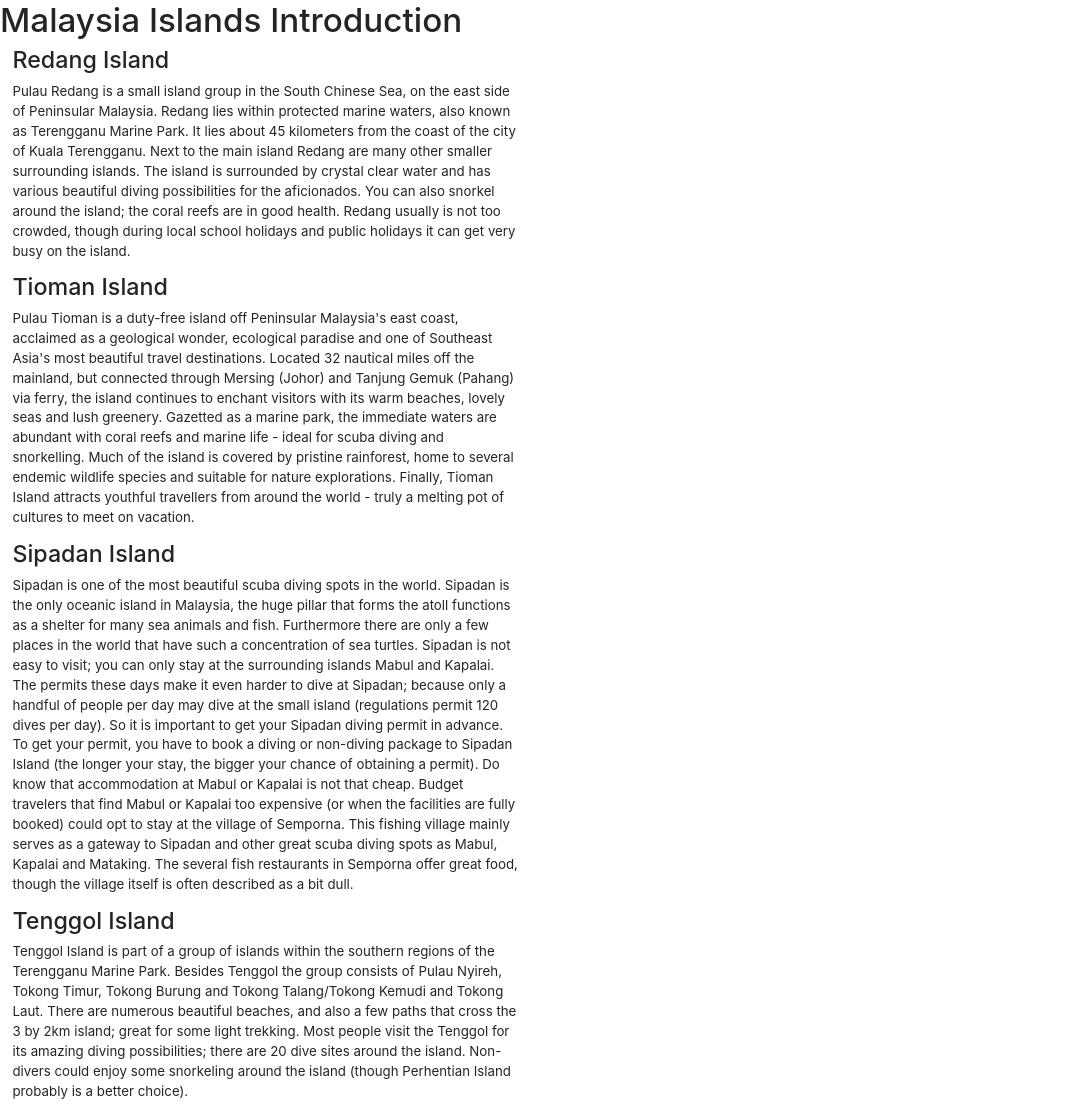
Repository: Code-Institute-Submissions/cathyann-diving.github.io
Page: islandsintro.html
The author's editor kept a record of every edit. The page is drawn from the files as they stood at one moment, then again after the next edit.
The browser window is 1280 px wide. The page is 1295 px wide, so the pictures cover 1295 px, including what lies to the right of the window. The pictures show the whole page, at 83% of full size.

Above is the page before.

### islandsintro.html
<!DOCTYPE html>
<html lang="en">
<head>
    <meta charset="UTF-8">
    <meta name="viewport" content="width=device-width, initial-scale=1.0">
    <meta http-equiv="X-UA-Compatible" content="ie=edge">
    <link rel="stylesheet" href="https://stackpath.bootstrapcdn.com/bootstrap/4.3.1/css/bootstrap.min.css" type="text/css">
    <link rel="stylesheet" href="https://stackpath.bootstrapcdn.com/font-awesome/4.7.0/css/font-awesome.min.css" type="text/css">
    <link rel="stylesheet" href="https://cdnjs.cloudflare.com/ajax/libs/hover.css/2.3.1/css/hover-min.css" type="text/css">
    <link rel="stylesheet" href="assets/css/style.css" type="text/css">
    <title>Diving</title>
</head>
<body>
    <h1>Malaysia Islands Introduction</h1>
    <div class="row">
        <div class="container">
        <div class="col col-12 col-sm-6 col-lg-6">
            <h3>Redang Island</h3>
            <p>
                Pulau Redang is a small island group in the South Chinese Sea, on the east side of Peninsular Malaysia. Redang lies within protected marine waters, also known as Terengganu Marine Park. It lies about 45 kilometers from the coast of the city of Kuala Terengganu. Next to the main island Redang are many other smaller surrounding islands. The island is surrounded by crystal clear water and has various beautiful diving possibilities for the aficionados. You can also snorkel around the island; the coral reefs are in good health. Redang usually is not too crowded, though during local school holidays and public holidays it can get very busy on the island.
            </p>
            </div>
            </div>
            <div class="container">
            <div class="col col-12 col-sm-6 col-lg-6">
            <h3>Tioman Island</h3>
            <p>
                Pulau Tioman is a duty-free island off Peninsular Malaysia's east coast, acclaimed as a geological wonder, ecological paradise and one of Southeast Asia's most beautiful travel destinations. Located 32 nautical miles off the mainland, but connected through Mersing (Johor) and Tanjung Gemuk (Pahang) via ferry, the island continues to enchant visitors with its warm beaches, lovely seas and lush greenery.
Gazetted as a marine park, the immediate waters are abundant with coral reefs and marine life - ideal for scuba diving and snorkelling. Much of the island is covered by pristine rainforest, home to several endemic wildlife species and suitable for nature explorations. Finally, Tioman Island attracts youthful travellers from around the world - truly a melting pot of cultures to meet on vacation.
            </p>
            </div>
            </div>
            <div class="container">
            <div class="col col-12 col-sm-6 col-lg-6">
            <h3>Sipadan Island</h3>
            <p>
                Sipadan is one of the most beautiful scuba diving spots in the world. Sipadan is the only oceanic island in Malaysia, the huge pillar that forms the atoll functions as a shelter for many sea animals and fish. Furthermore there are only a few places in the world that have such a concentration of sea turtles. Sipadan is not easy to visit; you can only stay at the surrounding islands Mabul and Kapalai. The permits these days make it even harder to dive at Sipadan; because only a handful of people per day may dive at the small island (regulations permit 120 dives per day). So it is important to get your Sipadan diving permit in advance. To get your permit, you have to book a diving or non-diving package to Sipadan Island (the longer your stay, the bigger your chance of obtaining a permit). Do know that accommodation at Mabul or Kapalai is not that cheap. Budget travelers that find Mabul or Kapalai too expensive (or when the facilities are fully booked) could opt to stay at the village of Semporna. This fishing village mainly serves as a gateway to Sipadan and other great scuba diving spots as Mabul, Kapalai and Mataking. The several fish restaurants in Semporna offer great food, though the village itself is often described as a bit dull.
            </p>
            </div>
            </div>
            <div class="container">
            <div class="col col-12 col-sm-6 col-lg-6">
            <h3>Tenggol Island</h3>
            <p>
                Tenggol Island is part of a group of islands within the southern regions of the Terengganu Marine Park. Besides Tenggol the group consists of Pulau Nyireh, Tokong Timur, Tokong Burung and Tokong Talang/Tokong Kemudi and Tokong Laut. There are numerous beautiful beaches, and also a few paths that cross the 3 by 2km island; great for some light trekking. Most people visit the Tenggol for its amazing diving possibilities; there are 20 dive sites around the island. Non-divers could enjoy some snorkeling around the island (though Perhentian Island probably is a better choice).
            </p>
        </div>
        </div>
    </div>

</body>
</html>

### assets/css/style.css
@import url('https://fonts.googleapis.com/css?family=Roboto:100,200,300,400,500,600,700|Exo:100,200,300,400,500,600,700');

/*--------------------------------------------bg image */

.bg-landing {
    position: fixed;
    background-image: url("../images/jellyfish.jpg");
    display: inline-block;
    background-position: center;
    background-repeat: no-repeat;
    background-size: cover;
    height: 100%;
    width: 100%;
    transition: all .5s ease-in-out;
    -moz-transition: all .5s ease-in-out;
    -webkit-transition: all .5s ease-in-out;
}

.bg-home {
    position: fixed;
    background-image: url("../images/diver.jpg");
    display: inline-block;
    background-position: center;
    background-repeat: no-repeat;
    background-size: cover;
    height: 100%;
    width: 100%;
    transition: all .5s ease-in-out;
    -moz-transition: all .5s ease-in-out;
    -webkit-transition: all .5s ease-in-out;
}

.bg-islands {
    position: fixed;
    background-image: url("../images/beach.jpg");
    display: inline-block;
    background-position: center;
    background-repeat: no-repeat;
    background-size: cover;
    height: 100%;
    width: 100%;
    transition: all .5s ease-in-out;
    -moz-transition: all .5s ease-in-out;
    -webkit-transition: all .5s ease-in-out;
}

.bg-services {
    position: fixed;
    background-image: url("../images/nemo.jpg");
    display: inline-block;
    background-position: center;
    background-repeat: no-repeat;
    background-size: cover;
    height: 100%;
    width: 100%;
    transition: all .5s ease-in-out;
    -moz-transition: all .5s ease-in-out;
    -webkit-transition: all .5s ease-in-out;
}

/*--------------------------------------------btn */

.btn {
    position: absolute;
    top: 50%;
    left: 50%;
    transform: translate(-50%, -50%);
    -ms-transform: translate(-50%, -50%);
    background-color: #6495ed;
    color: #00008B;
    font-size: 16px;
    font-family: "Roboto", sans-serif;
    font-weight: 400;
    padding: 10px 30px;
    border: none;
    border-radius: 5px;
    text-align: center;
}

.btn span {
    display: inline-block;
    position: relative;
    transition: 0.5s;
}

.btn span:after {
    content: '\00bb';
    position: absolute;
    opacity: 0;
    top: 0;
    right: -20px;
    transition: 0.5s;
}

.btn:hover span {
    padding-right: 25px;
}

.btn:hover span:after {
    opacity: 1;
    right: 0;
}

.button {
    margin-top: 5px;
    margin-bottom: 10px;
    color: #008B8B;
    background-color: #00008B;
    padding: 5px 10px;
    border: none;
    font-family: "EXO", sans-serif;
}

.button a {
    text-decoration: none;
}

/*--------------------------------------------navbar */

.navbar {
    background-color: #4682B4;
    top: 0;
    width: 100%;
    padding: 0px;
}

.navbar a {
    display: block;
    color: #fff;
    text-align: center;
    padding: 10px 18px;
    text-decoration: none;
    font-size: 12px;
}

#nav li {
    font-size: 12px;
    padding: 0;
}

#nav {
    margin: 0;
}

.menuitem span {
    display: block;
    width: 100%;
    padding-top: 5px;
    text-align: center;
    text-transform: uppercase;
    font-family: "Roboto", sans-serif;
    font-size: 12px;
    font-weight: 300;
    letter-spacing: 2px;
}

.list-inline-item:not(:last-child) {
    margin: 0;
}

.menucontainer {
    font-size: 0;
}

/*--------------------------------------------Hover.css*/

.hvr-sweep-to-bottom:before {
    background: #008B8B;
    height: 100%;
    color: black;
}


/*--------------------------------------------Content */

.container {
    position: relative;
    max-width: 100%;
    margin: auto;
    height: 50%;
}

.container img {
    vertical-align: middle;
}

.container .content {
    position: absolute;
    background: rgb(0, 0, 0, 0.5);
    color: #f1f1f1;
    font-family: "EXO", sans-serif;
    font-size: 12px;
    font-weight: 300;
    padding: 30px;
}

.containers {
    position: relative;
    margin: auto;
    max-width: 80%;
}

.containers .contents {
    background: rgb(0, 0, 0, 0.5);
    color: #f1f1f1;
    font-family: "EXO", sans-serif;
    font-size: 12px;
    font-weight: 300;
    padding: 20px;
    text-align: justify;
}


/*--------------------------------------------Contact Form */

.contact-heading {
    font-family: "Exo", sans-serif;
    font-weight: 300;
    margin-top: 25px;
    margin-bottom: 20px;
}

.center-form {
    padding: 10px;
    margin: 0 auto;
    max-width: 70%;
}

button[type="submit"] {
    margin-top: 30px;
    margin-bottom: 20px;
    color: #fafafa;
    background-color: #4682B4;
}

.form-control {
    border: 1px solid black;
    font-family: inherit;
}

After the next edit:
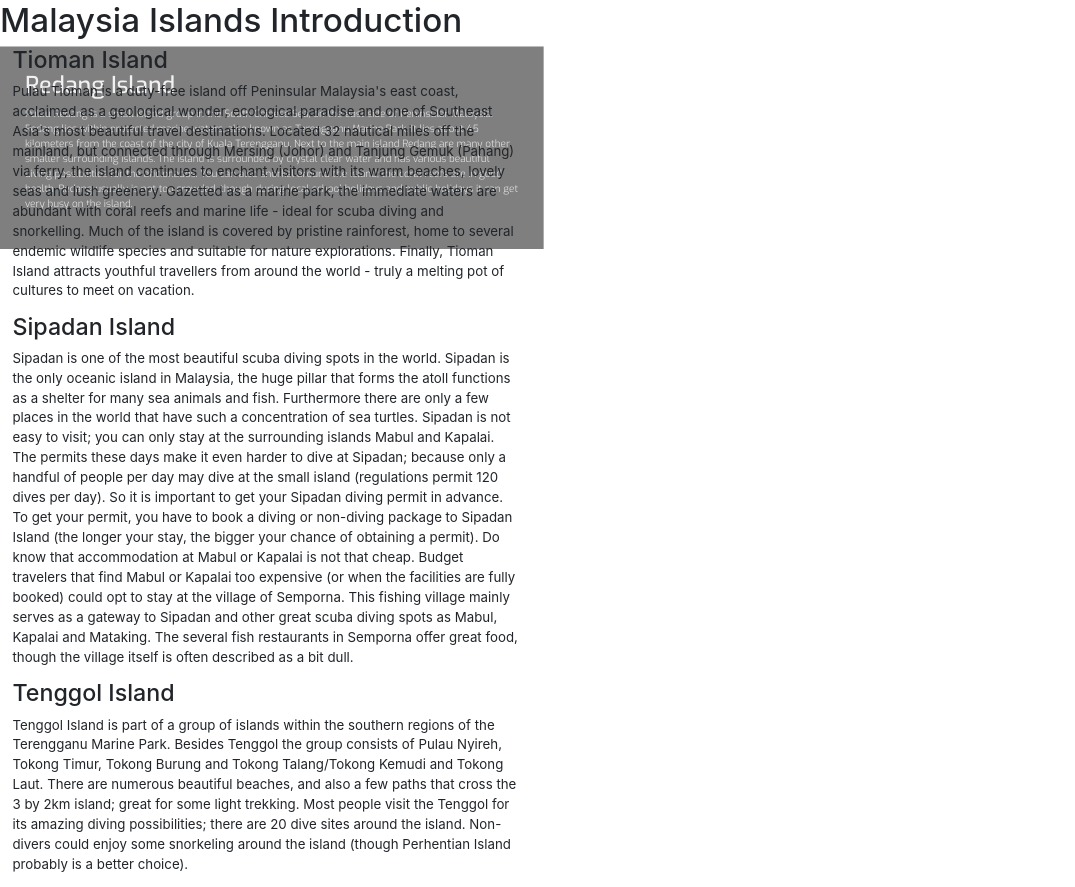
The edit:
--- a/islandsintro.html
+++ b/islandsintro.html
@@ -14,7 +14,7 @@
     <h1>Malaysia Islands Introduction</h1>
     <div class="row">
         <div class="container">
-        <div class="col col-12 col-sm-6 col-lg-6">
+        <div class="content col col-12 col-sm-6 col-lg-6">
             <h3>Redang Island</h3>
             <p>
                 Pulau Redang is a small island group in the South Chinese Sea, on the east side of Peninsular Malaysia. Redang lies within protected marine waters, also known as Terengganu Marine Park. It lies about 45 kilometers from the coast of the city of Kuala Terengganu. Next to the main island Redang are many other smaller surrounding islands. The island is surrounded by crystal clear water and has various beautiful diving possibilities for the aficionados. You can also snorkel around the island; the coral reefs are in good health. Redang usually is not too crowded, though during local school holidays and public holidays it can get very busy on the island.
